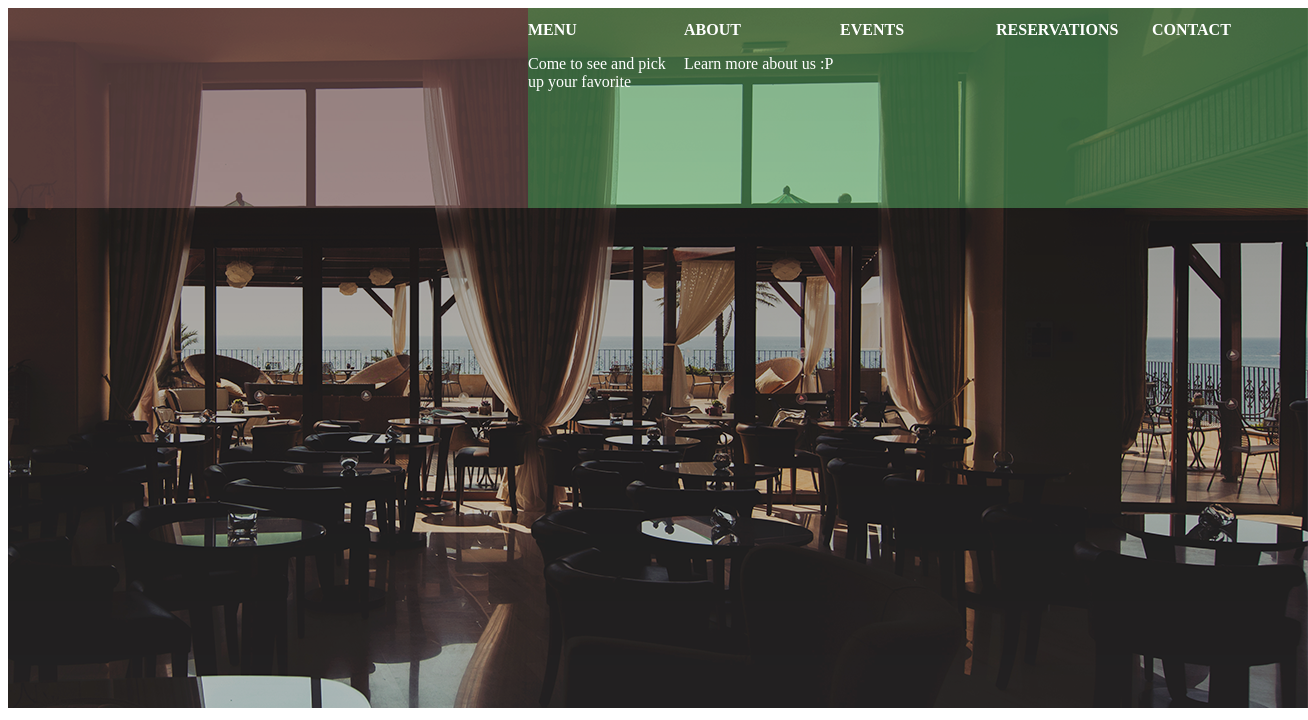
Repository: sis-shen/HTML_vsc
Page: adc_v2/index.html
These files come from the project's save history. The page is drawn as it stood at one moment and after the next save; the edit follows.
The browser window is 1280 px wide. The page is 1308 px wide, so the pictures cover 1308 px, including what lies to the right of the window. The pictures show the whole page.

Above is the page before, as saved 2023-08-13 11:27:20.

### adc_v2/index.html
<!DOCTYPE html>
<html lang="zh-CN">
<head>
    <meta charset="UTF-8">
    <meta name="viewport" content="width=device-width, initial-scale=1.0">
    <title>王八餐厅</title>
    <link rel="stylesheet" href="style.css">
</head>
<body>
    <div class="top-box">
        <div class="nav">
            <div class="t-left"></div>
            <div class="t-right">
                <div class="nav-box"><h2>MENU</h2>
                    <p>Come to see and pick up your favorite</p></div>
                <div class="nav-box"><h2>ABOUT</h2>
                    <p>Learn more about us :P</p></div>
                <div class="nav-box"><h2>EVENTS</h2></div>
                <div class="nav-box"><h2>RESERVATIONS</h2></div>
                <div class="nav-box"><h2>CONTACT</h2></div>
            </div>
        </div>



    </div>
</body>
</html>

### adc_v2/style.css
body {
    box-sizing: border-box;
}

.top-box{
    width: 1300px;
    height: 700px;
    background-image: url("img/top.png");
}

.nav {
    width: 100%;
    height: 200px;
    background-color: rgba(0, 255, 255, 0.207);
    display: flex;
}

.t-left{
    height:100%;
    width: 40%;
    background-color: rgba(255, 0, 0, 0.236);
}

.t-right{
    display: flex;
    height: 100%;
    width:60%;
}

.nav-box{
    width: 20%;
    height: 100%;
    background-color: rgba(255, 255, 0, 0.149);
    color: #fff;
}

.top-box h2{
    font-size:medium
}

After the next save:
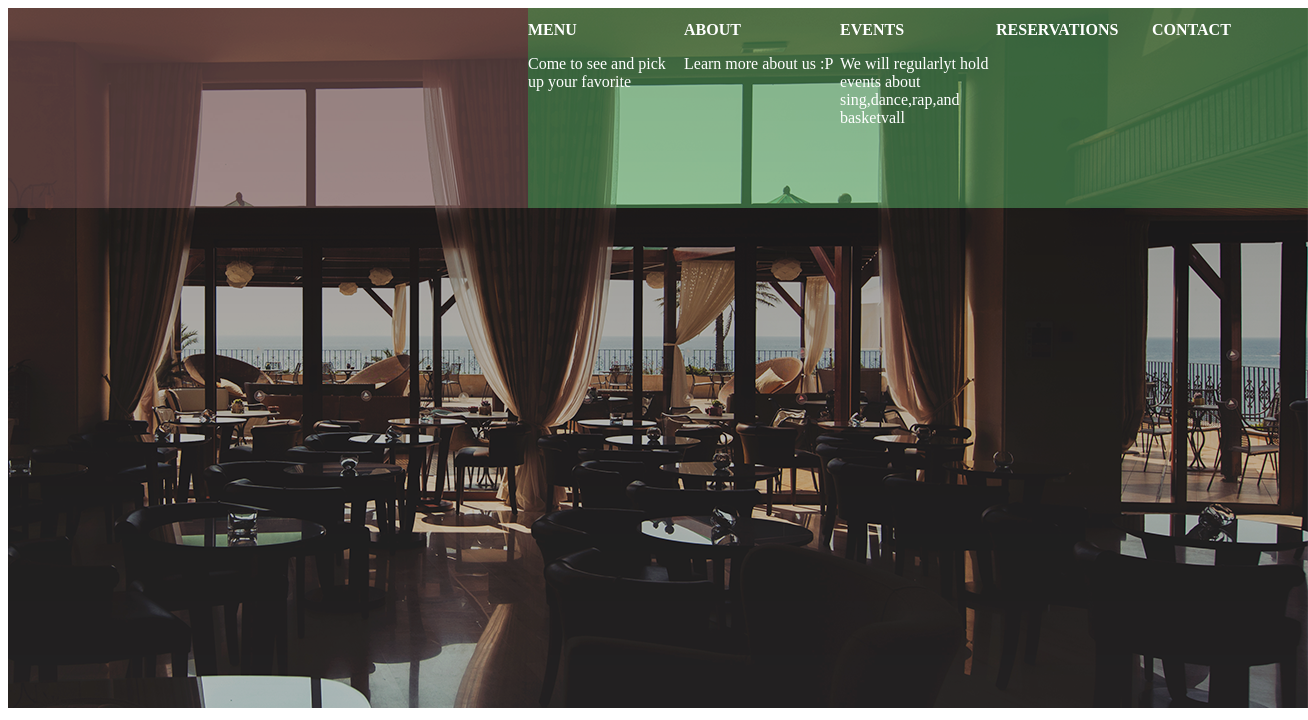
Saved 59 s later.
--- a/adc_v2/index.html
+++ b/adc_v2/index.html
@@ -15,7 +15,8 @@
                     <p>Come to see and pick up your favorite</p></div>
                 <div class="nav-box"><h2>ABOUT</h2>
                     <p>Learn more about us :P</p></div>
-                <div class="nav-box"><h2>EVENTS</h2></div>
+                <div class="nav-box"><h2>EVENTS</h2>
+                    <p>We will regularlyt hold events about sing,dance,rap,and basketvall</p></div>
                 <div class="nav-box"><h2>RESERVATIONS</h2></div>
                 <div class="nav-box"><h2>CONTACT</h2></div>
             </div>
